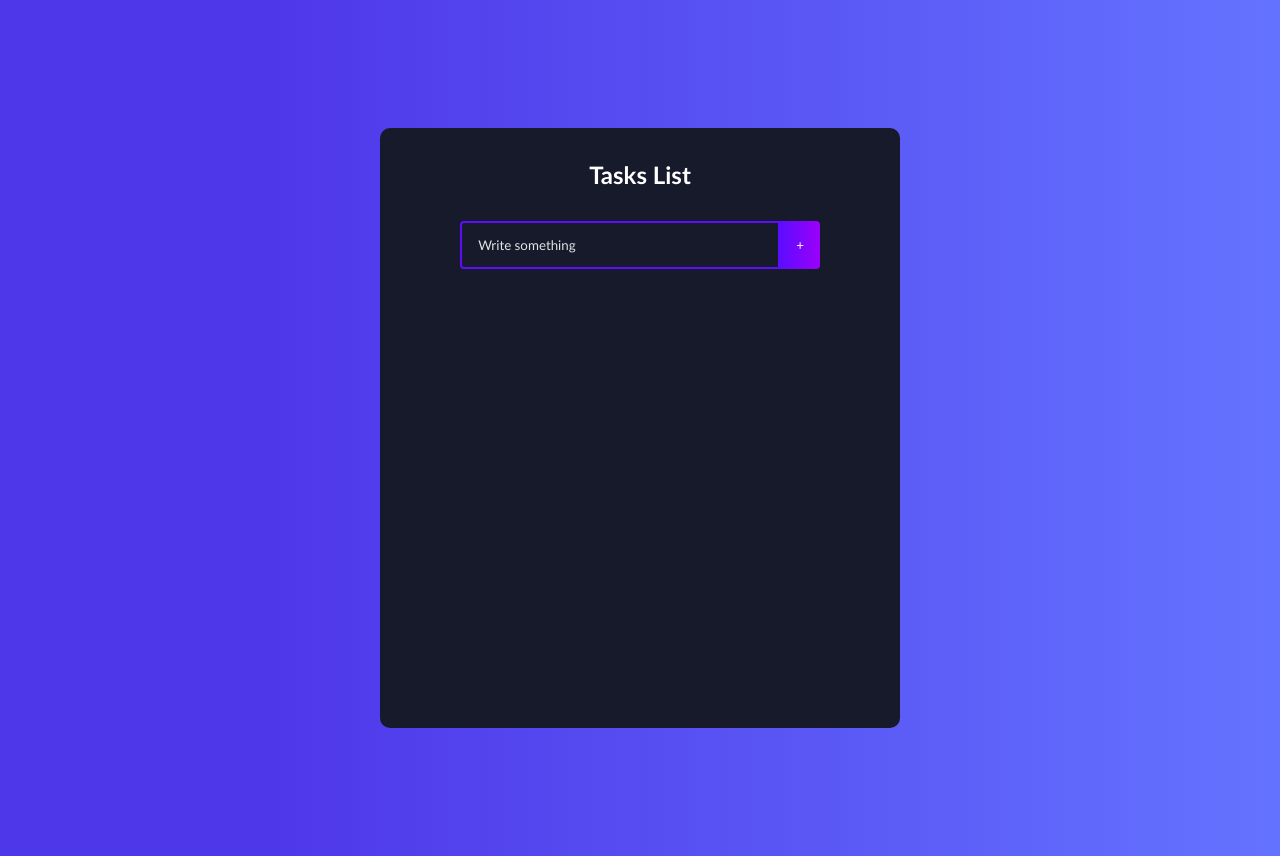
Repository: pratham0305/LGMVIP-Task-01
Page: /
The author's editor kept a copy of each file at every save. The page is drawn from the files as they stood at one save, then again after a run of saves.
The browser window is 1280 px wide. The pictures show the whole page.
The project was rebuilt for these pictures with package versions that can differ from the ones it lists, and the page was loaded fresh each time. Also part of the build but not shown: src/components/Todo.js.

Above is the page before, as saved 2022-03-21 17:07:53.

After the next 2 saves:
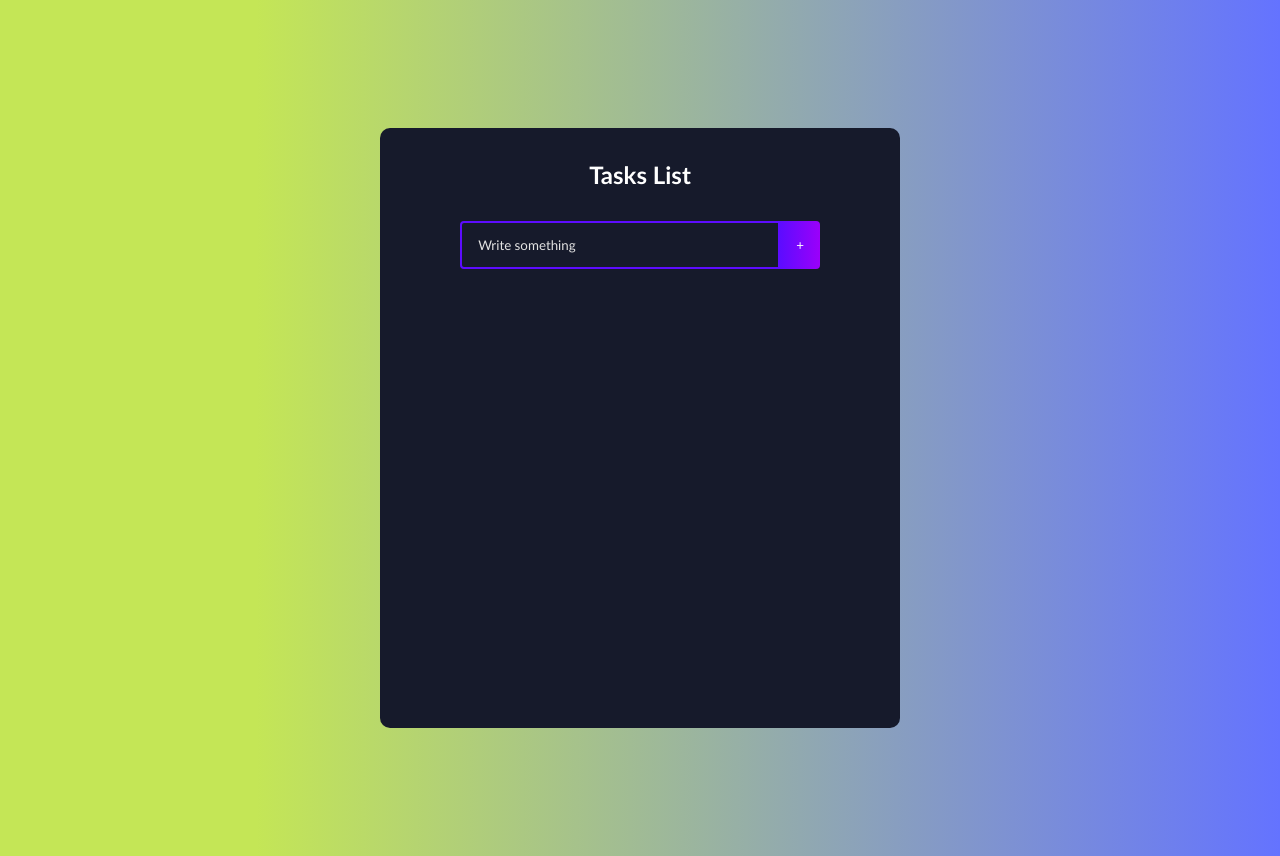
The 2 saves are shown as one change because they came seconds apart.
The last was saved 3 min 50 s later.
--- a/src/App.css
+++ b/src/App.css
@@ -9,7 +9,7 @@
 body {
   background: linear-gradient(
     90deg,
-    rgb(78, 54, 233) 20%,
+    rgb(196, 230, 86) 20%,
     rgba(100, 115, 255, 1) 100%
   );
 }
